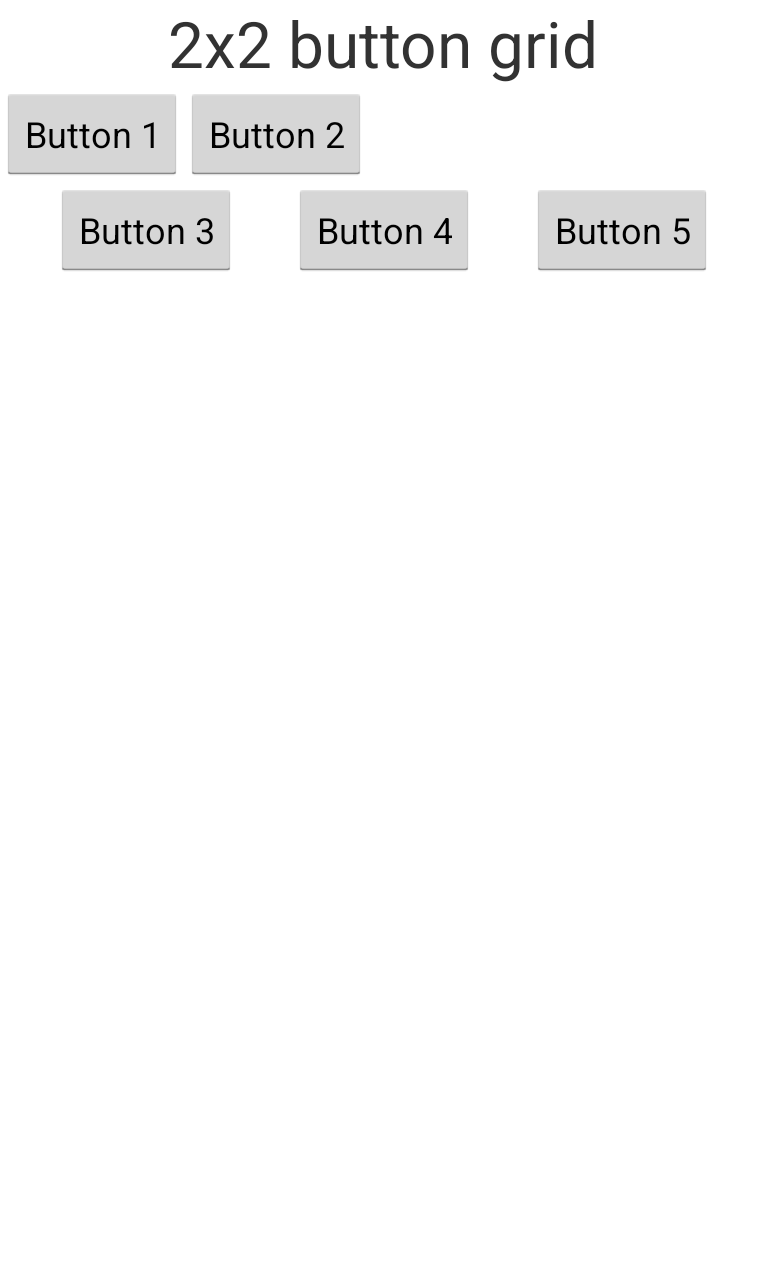
Repository: rayyrayy/Android-app-project
Layout: flashaccounting/easy money manager/res/layout/tryy.xml
These files come from the project's save history. The layout is drawn as it stood at one moment and after the next save; the edit follows.
It is drawn on a 768 x 1280 px phone screen (xhdpi) without system bars, with theme AppTheme; the app's code is not run.

Above is the layout before, as saved 2014-11-04 05:10:27.

After the next save:
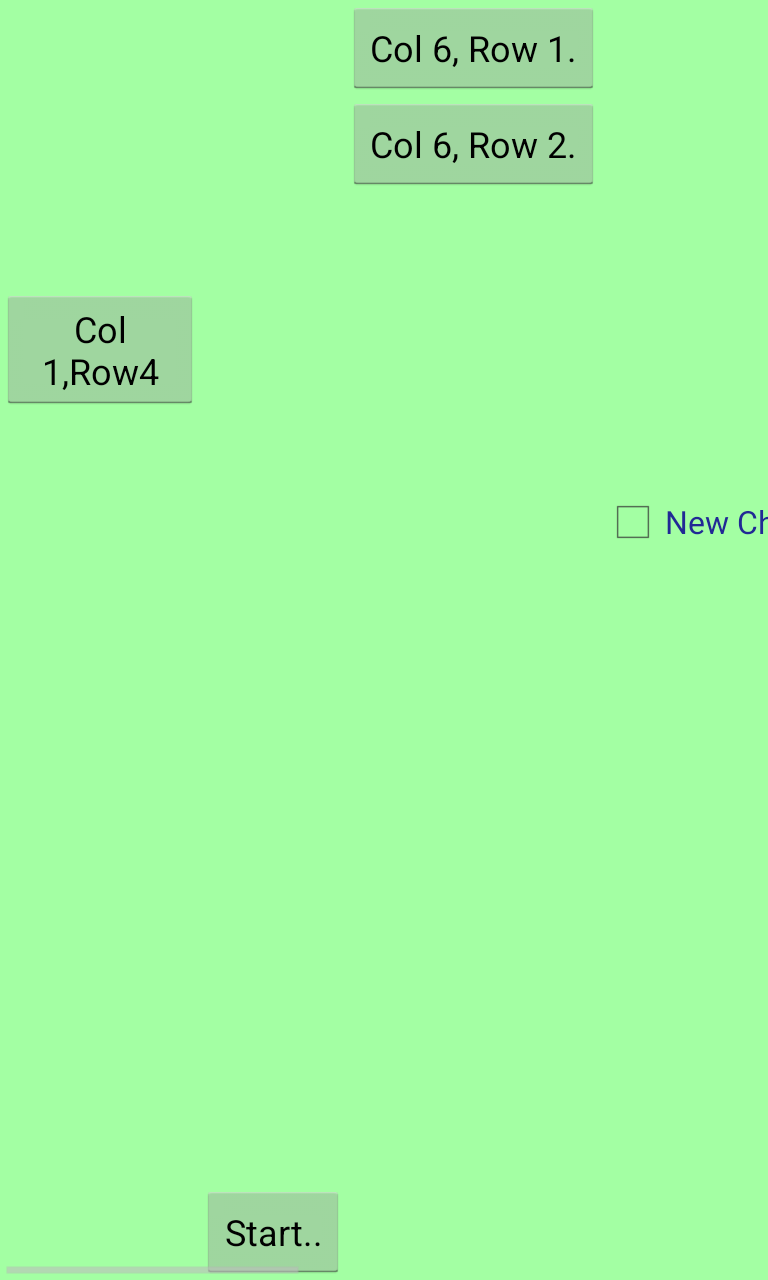
Saved 7 s later.
--- a/flashaccounting/easy money manager/res/layout/tryy.xml
+++ b/flashaccounting/easy money manager/res/layout/tryy.xml
@@ -1,66 +1,89 @@
-<GridLayout
-    xmlns:android="http://schemas.android.com/apk/res/android"
+<?xml version="1.0" encoding="utf-8"?>
+<LinearLayout
     android:layout_width="match_parent"
-    android:layout_height="wrap_content"
-    android:columnCount="1"
->
-    <TextView
-        android:text="2x2 button grid"
-        android:textSize="32dip"
-        android:layout_gravity="center_horizontal" />
+    android:layout_height="match_parent"
+    xmlns:android="http://schemas.android.com/apk/res/android">
 
-    <LinearLayout
-        android:layout_width="match_parent"
-        android:layout_height="wrap_content" android:orientation="horizontal">
+    <HorizontalScrollView
+        android:layout_width="fill_parent"
+        android:layout_height="fill_parent"
+        android:layout_marginLeft="0dp"
+        android:layout_marginTop="0dp"
+        android:background="#f3f3f3">
 
-        <Button
-            android:layout_width="wrap_content"
-            android:layout_height="wrap_content"
-            android:text="Button 1" />
-
-        <Button
-            android:layout_width="wrap_content"
-            android:layout_height="wrap_content"
-            android:layout_gravity="start"
-            android:text="Button 2" />
-
-    </LinearLayout>
-
-    <LinearLayout
-        android:layout_width="match_parent"
-        android:layout_height="wrap_content"
-        android:orientation="horizontal"
-    >
-        <Space
+        <GridLayout
             android:layout_width="wrap_content"
             android:layout_height="match_parent"
-            android:layout_weight="1" />
-        <Button
-            android:layout_width="wrap_content"
-            android:layout_height="wrap_content"
-            android:text="Button 3" />
-        <Space
-            android:layout_width="wrap_content"
-            android:layout_height="match_parent"
-            android:layout_weight="1" />
-        <Button
-            android:layout_width="wrap_content"
-            android:layout_height="wrap_content"
-            android:layout_gravity="start"
-            android:text="Button 4" />
-        <Space
-            android:layout_width="wrap_content"
-            android:layout_height="match_parent"
-            android:layout_weight="1" />
-                <Button
-            android:layout_width="wrap_content"
-            android:layout_height="wrap_content"
-            android:layout_gravity="start"
-            android:text="Button 5" />
-        <Space
-            android:layout_width="wrap_content"
-            android:layout_height="match_parent"
-            android:layout_weight="1" />
+            android:background="#a3ffa3">
 
-    </LinearLayout>
-</GridLayout>
+            <Button
+                android:layout_width="100dp"
+                android:layout_height="wrap_content"
+                android:text="Col 1,Row4"
+                android:id="@+id/button"
+                android:layout_gravity="center"
+                android:layout_row="4"
+                android:layout_column="1" />
+
+            <Button
+                android:id="@+id/button1"
+                android:layout_width="wrap_content"
+                android:layout_height="wrap_content"
+                android:text="Start.."
+                android:layout_column="4"
+                android:layout_row="8" />
+
+            <Button
+                android:layout_width="wrap_content"
+                android:layout_height="wrap_content"
+                android:text="Col 6, Row 1."
+                android:id="@+id/button2"
+                android:layout_row="1"
+                android:layout_column="6" />
+
+            <Button
+                android:layout_width="wrap_content"
+                android:layout_height="wrap_content"
+                android:text="Col 6, Row 2."
+                android:id="@+id/button3"
+                android:layout_row="2"
+                android:layout_column="6" />
+
+            <Button
+                android:layout_width="wrap_content"
+                android:layout_height="wrap_content"
+                android:text="New Button"
+                android:id="@+id/button4"
+                android:layout_gravity="center"
+                android:layout_column="9"
+                android:layout_row="3" />
+
+            <TextView
+                android:layout_width="300dp"
+                android:layout_height="wrap_content"
+                android:id="@+id/textView"
+                android:layout_row="3"
+                android:layout_column="8" />
+
+            <CheckBox
+                android:layout_width="250dp"
+                android:layout_height="wrap_content"
+                android:text="New CheckBox"
+                android:id="@+id/checkBox"
+                android:layout_row="6"
+                android:layout_column="7"
+                android:textColor="#212995" />
+
+            <EditText
+                android:layout_width="wrap_content"
+                android:layout_height="wrap_content"
+                android:inputType="text"
+                android:ems="10"
+                android:id="@+id/editText"
+                android:layout_row="5"
+                android:layout_column="8"
+                android:textColor="#952a30" />
+
+        </GridLayout>
+    </HorizontalScrollView>
+</LinearLayout>
